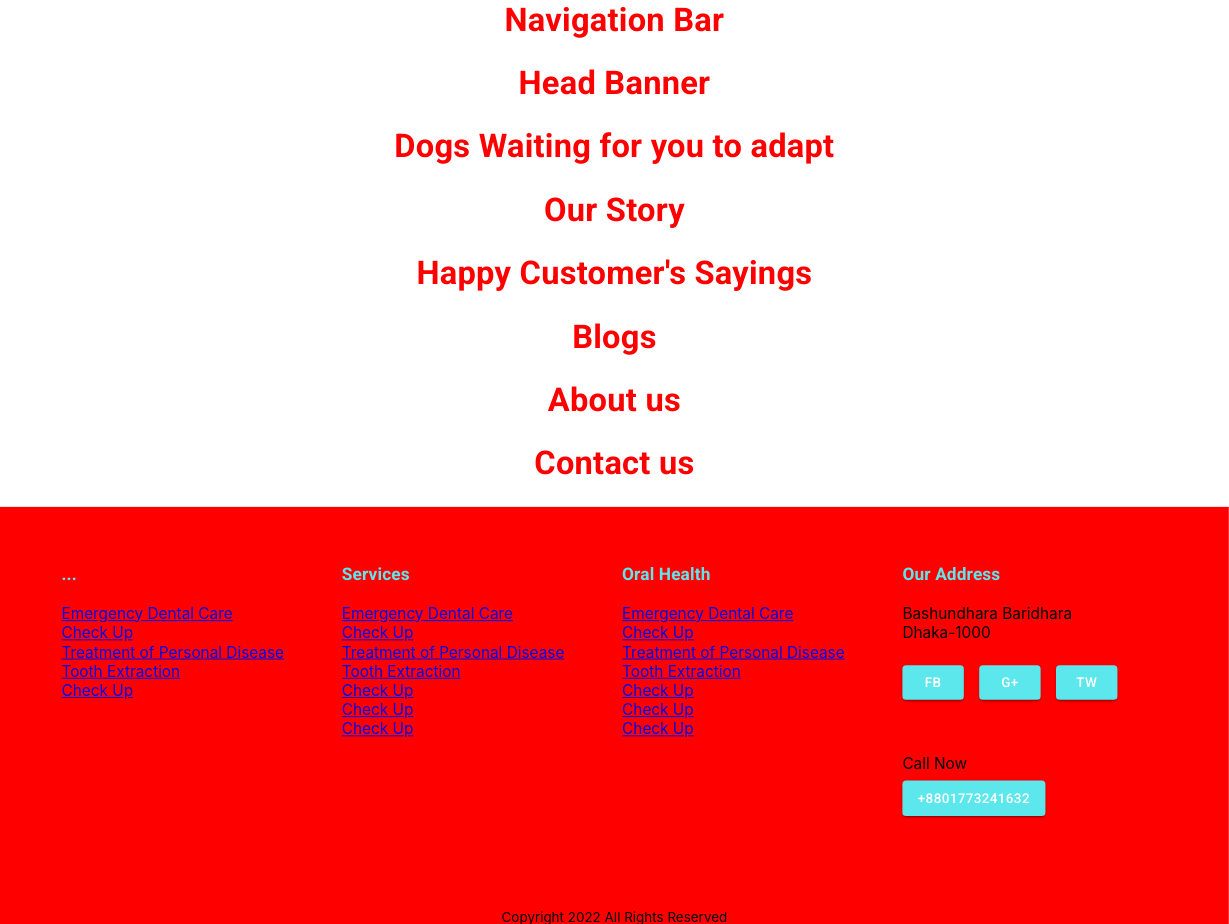
Repository: Sharif-00112/dogos-paradise-client
Page: /
The author's editor kept a copy of each file at every save. The page is drawn from the files as they stood at one save, then again after the next save.
The browser window is 1280 px wide. The pictures show the whole page, at 96% of full size.
The project was rebuilt for these pictures with package versions that can differ from the ones it lists, and the page was loaded fresh each time. Also part of the build but not shown: src/Pages/Login/Login/Login.js, src/Pages/Login/Register/Register.js, src/Pages/NotFound/NotFound.js.

Above is the page before, as saved 2022-11-30 22:24:03.

After the next save:
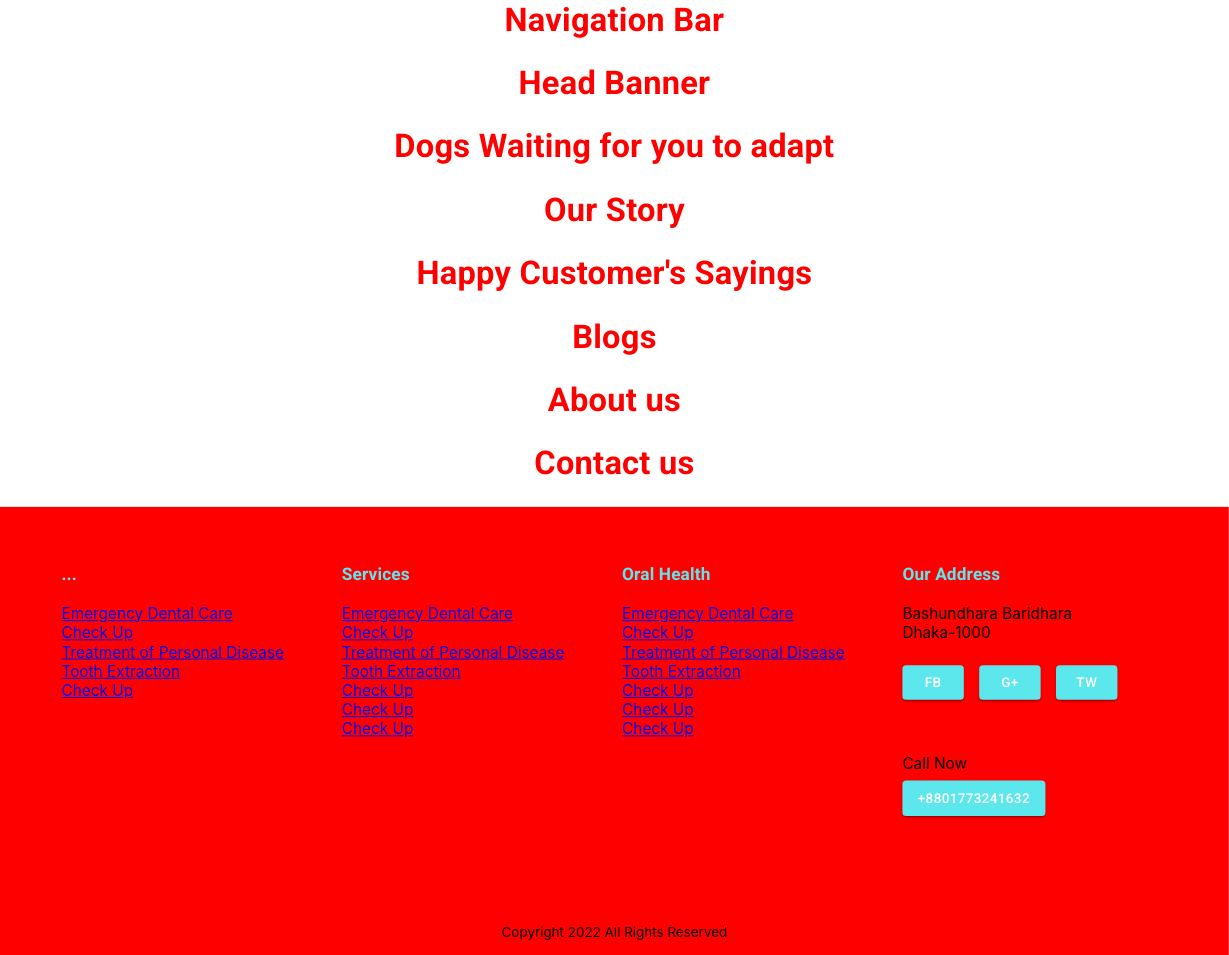
Saved 8 s later.
--- a/src/Pages/Shared/Footer/Footer.js
+++ b/src/Pages/Shared/Footer/Footer.js
@@ -149,7 +149,7 @@ const Footer = () => {
                 </Grid>
             </Box>
         </Container>
-        <Typography sx={{ mp:2, mt:7, fontSize: 14, fontWeight: 400 }} variant="" component="div">
+        <Typography sx={{ p:2, mt:7, fontSize: 14, fontWeight: 400 }} variant="" component="div">
             Copyright 2022 All Rights Reserved
         </Typography>
     </div>
